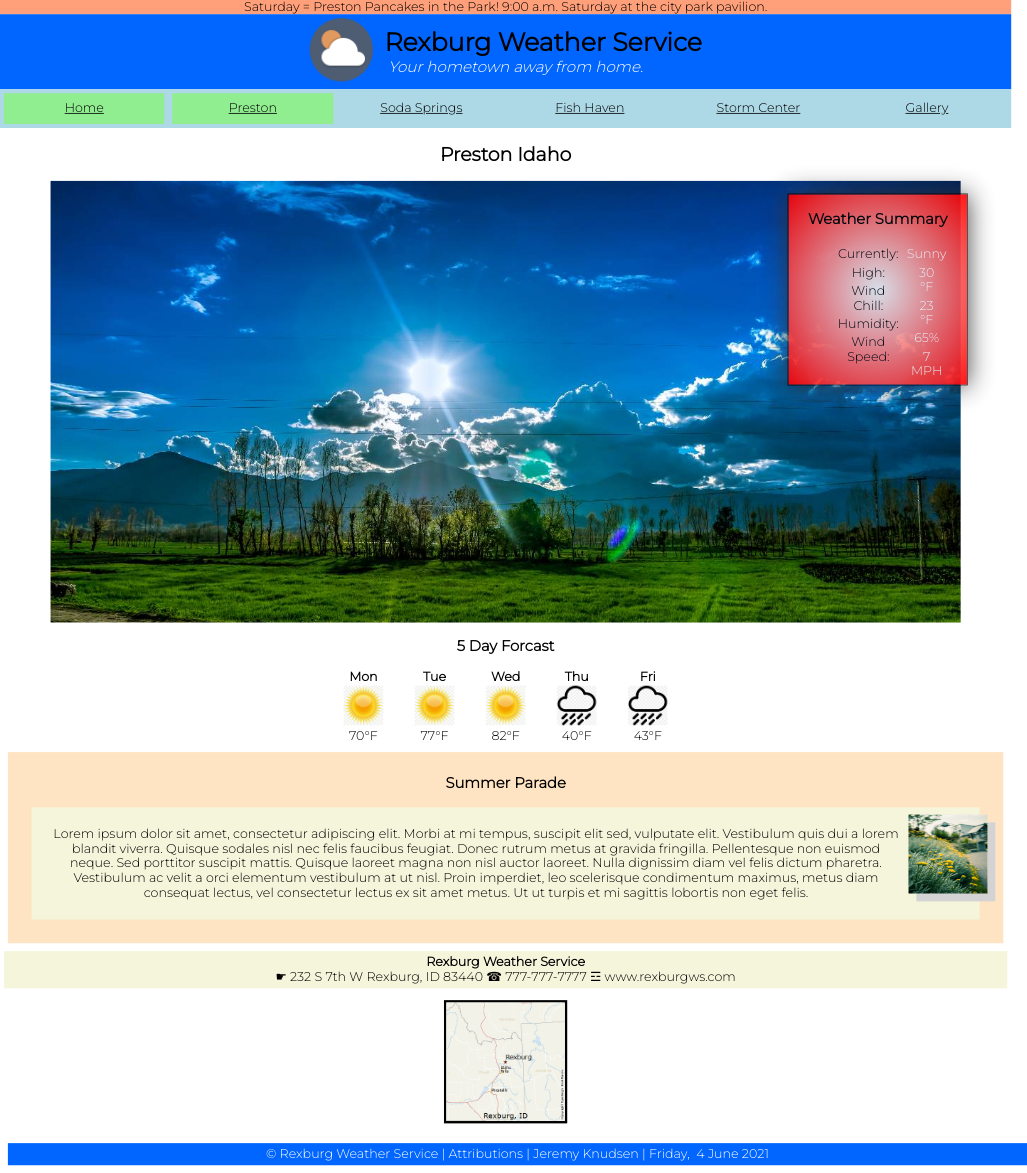
Repository: jknudsen97/jknudsen97.github.io
Page: Lesson06/preston-6.html
The author's editor kept a copy of each file at every save. The page is drawn from the files as they stood at one save, then again after the next save.
The browser window is 1280 px wide. The page is 1300 px wide, so the pictures cover 1300 px, including what lies to the right of the window. The pictures show the whole page, at 79% of full size.

Above is the page before, as saved 2021-06-09 11:51:02.

After the next save:
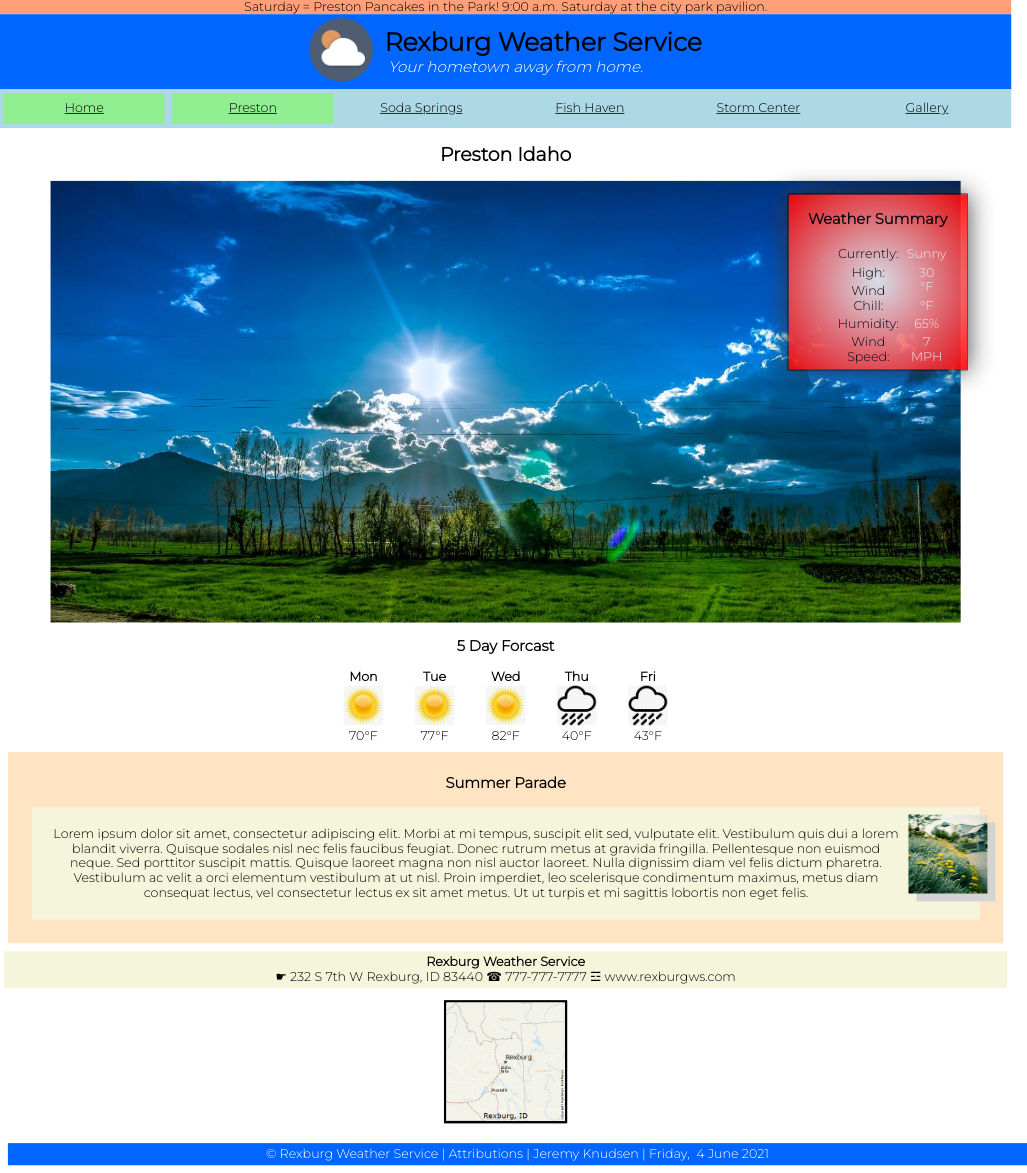
Saved 100 s later.
--- a/Lesson06/preston-6.html
+++ b/Lesson06/preston-6.html
@@ -11,7 +11,6 @@
     <link rel="preconnect" href="https://fonts.gstatic.com">
     <link href="https://fonts.googleapis.com/css2?family=Nunito:wght@300&display=swap" rel="stylesheet">
     <script defer src="js/script.js"></script>
-    <script defer src="js/windchill.js"></script>
     <link rel="stylesheet" href="https://cdnjs.cloudflare.com/ajax/libs/normalize/8.0.1/normalize.min.css">
     <link rel="stylesheet" href="css/main.css"/>
     <link rel="stylesheet" href="css/medium.css"/>
